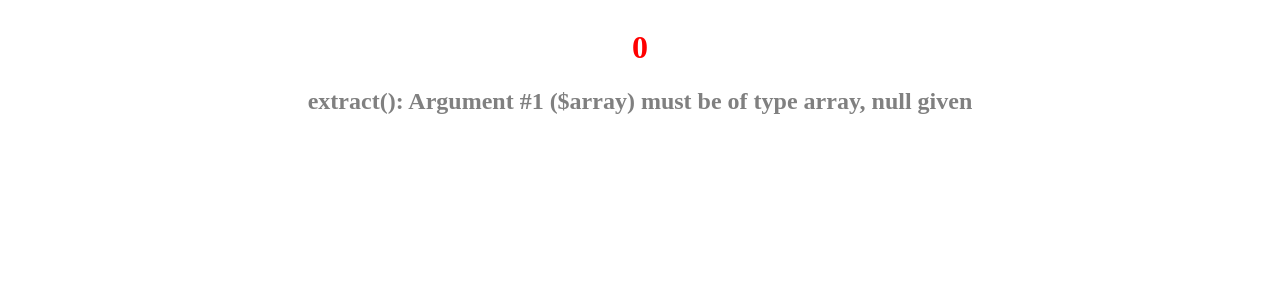
Repository: Aram5864/asdasdasdasdasdasas
Page: http://localhost/
The author's editor kept a copy of each file at every save. The page is drawn from the files as they stood at one save, then again after the next save.
The browser window is 1280 px wide. The pictures show the whole page.
The page is run by PHP 8.4 with error messages shown; the project is at /var/www/html/. Other server files are loaded and not shown.

Above is the page before, as saved 2022-05-07 10:34:16.

### public/index.php
<?php
include_once '../configs/PathDirectory.php';
include_once _VENDOR . 'app.php';


try {
   App::run();
}
catch (Error $e) {
    include_once _VENDOR . 'Errors.php';
}



?>

### configs/PathDirectory.php
<?php

define("BASE_URL", dirname(__DIR__) . DIRECTORY_SEPARATOR);
define("_CONFIGS", BASE_URL . "configs" . DIRECTORY_SEPARATOR);
define("_CONTROLLERS", BASE_URL . "controllers" . DIRECTORY_SEPARATOR);
define("_MODELS", BASE_URL . "model" . DIRECTORY_SEPARATOR);
define("_PUBLIC", BASE_URL . "public" . DIRECTORY_SEPARATOR);
define("_CSS", _PUBLIC . "css" . DIRECTORY_SEPARATOR);
define("_FONT", _PUBLIC . "font" . DIRECTORY_SEPARATOR);
define("_IMAGES", _PUBLIC . "images" . DIRECTORY_SEPARATOR);
define("_JS", _PUBLIC . "js" . DIRECTORY_SEPARATOR);
define("_VENDOR", BASE_URL . "vendor" . DIRECTORY_SEPARATOR);
define("_VIEWS", BASE_URL . "views" . DIRECTORY_SEPARATOR);
define("_LAYOUTS", _VIEWS . "layouts" . DIRECTORY_SEPARATOR);
define("_PAGES", _VIEWS . "pages" . DIRECTORY_SEPARATOR);


// controllers

define("_DEFAULTCONTROLLER", 'home');
define("_DEFAULTMETHOD", 'index');

### controllers/HomeController.php
<?php

class HomeController {

    public function index()
    {

       $arr = ['data'=> 'name'];
        extract($params);

    }
}

After the next save:
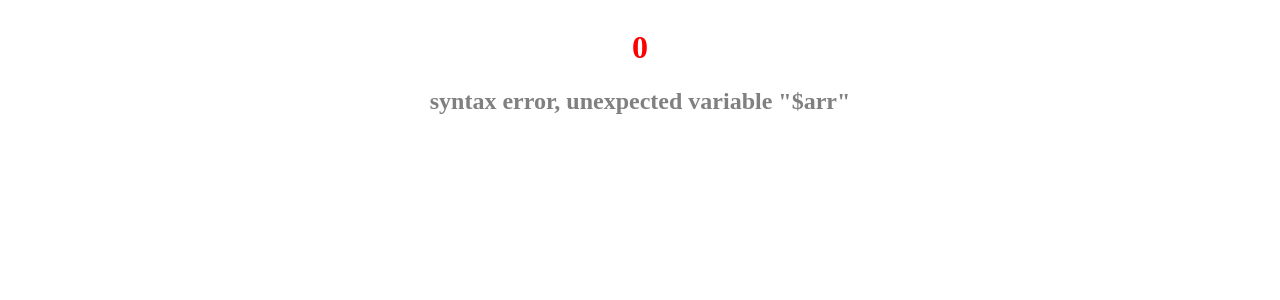
Saved 8 s later.
--- a/controllers/HomeController.php
+++ b/controllers/HomeController.php
@@ -4,7 +4,7 @@ class HomeController {
 
     public function index()
     {
-
+        $arr
        $arr = ['data'=> 'name'];
         extract($params);
 
